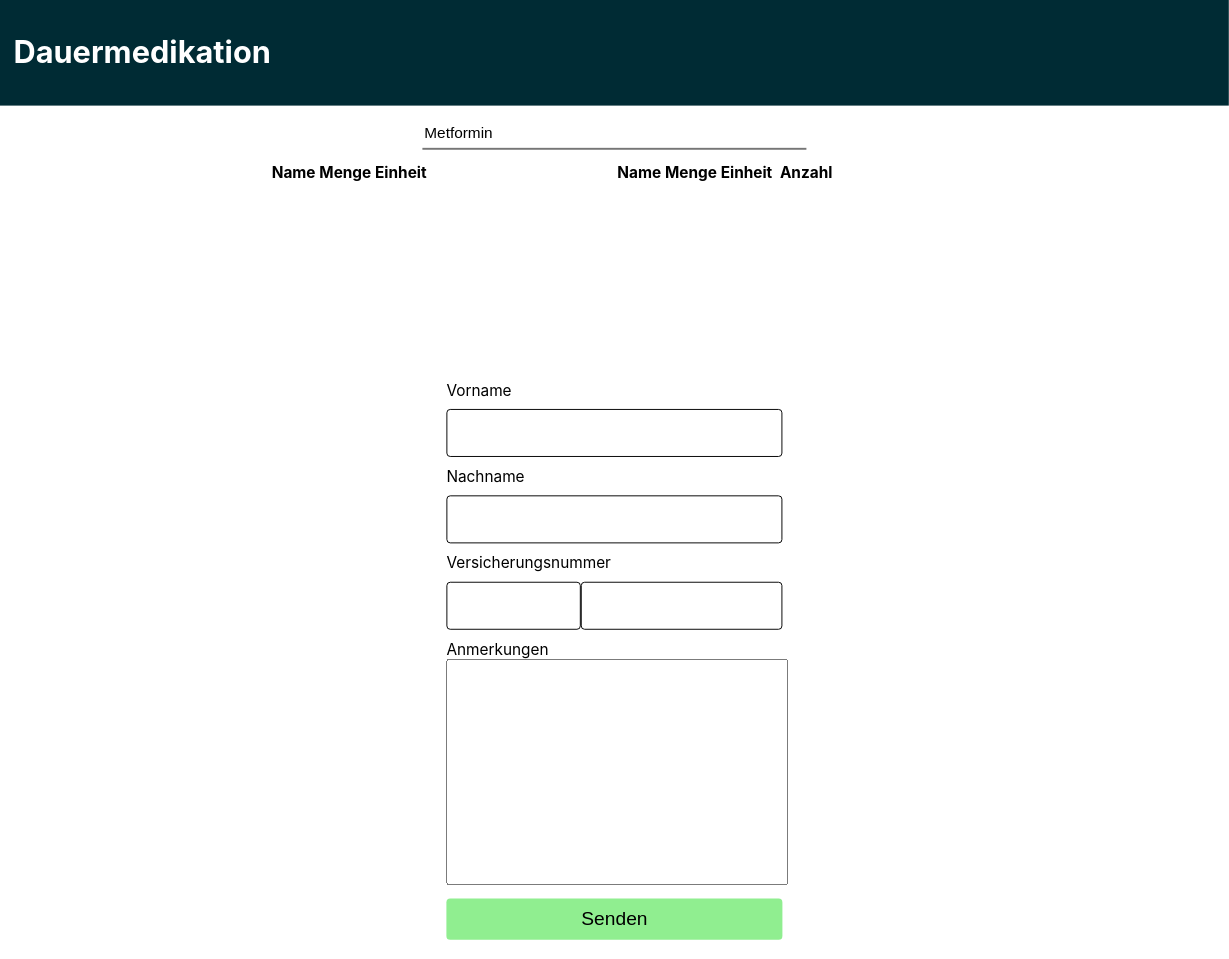
Repository: Esatollah/MedDemo
Page: / (app in client/)
These files come from the project's save history. The page is drawn as it stood at one moment and after the next save; the edit follows.
The browser window is 1280 px wide. The pictures show the whole page, at 96% of full size.
The page's requests for data from a server got no answer. The project was rebuilt for these pictures with package versions that can differ from the ones it lists, and the page was loaded fresh each time. No one was signed in, and anything a server would have sent is missing. Also part of the build but not shown: client/src/Routes/Bestellungen.jsx.

Above is the page before, as saved 2022-06-10 16:45:30.

### client/src/App.js
import SearchBar from './Routes/Search';
import {BrowserRouter, Routes, Route} from 'react-router-dom'
import Bestellungen from './Routes/Bestellungen';
import ReactModal from 'react-modal';

ReactModal.setAppElement('#root')

function App() {
  return (
    <BrowserRouter>
    <Routes>
      <Route path='/' element={<div><SearchBar/></div>}/>
      <Route path='/bestellungen' element={<div><Bestellungen/></div>}/>
    </Routes>
    </BrowserRouter>
  );
}

export default App;

### client/src/Routes/Search.jsx
import React, { useState, useEffect } from 'react'
import DrugAPI from '../api/DrugAPI';
import Form from '../components/Form';
import Navbar from '../components/Navbar';
import { SearchWrap } from '../Styles/SearchStyles';


const Search = () => {

  const [searchinput, setSearchinput] = useState("Metformin");
  const [drugs, setDrugs] = useState([]);
  const [cartitems, setCartitems] = useState([]);

  useEffect(() => {
    const fetchData = async () => {
      try {
        const result = await DrugAPI.get(`/?drugsearch=${searchinput}`)
        setDrugs(result.data.meds)
      } catch (err) {
        console.error(err);
      }
    }

    fetchData();

  }, [searchinput])

  const handleDrugClick = (e, x) => {
    const is_in_cart = cartitems.some(y => {
      if (y.id === x.id) {
        return true;
      }

      return false;
    })

    if (is_in_cart) {
      return
    }
    let temp = { ...x, anzahl: "1" }
    setCartitems([...cartitems, temp]);
  }

  const handleDelete = (e, x, index) => {
    let temp = [...cartitems]

    temp.splice(index, 1);

    setCartitems(temp);
  }

  const handleCountchange = (e, x, index) => {
    let temps = [...cartitems]
    let temp = {
      ...temps[index],
      anzahl: e.target.value
    }
    temps[index] = temp
    setCartitems(temps);

  }


  return (
    <>
      <Navbar />
        <SearchWrap>

          <input type="search" placeholder="Suche" id="search" value={searchinput} onChange={e => setSearchinput(e.target.value)} />
          <div className='search-container'>
            <div className='table-container'>
              <table className='drugtable'>
                <thead>
                  <tr>
                    <th scope='col'>
                      Name
                    </th>
                    <th scope='col'>Menge</th>
                    <th scope='col'>Einheit</th>
                    <th scope='col'></th>
                  </tr>
                </thead>
                <tbody>
                  {drugs && drugs.map((x) => {
                    return (
                      <tr key={x.id} className="drug-row" >
                        <td className={x.name}>{x.name}</td>
                        <td>{x.menge}</td>
                        <td>{x.mengenart}</td>
                        <td><button onClick={(e) => { handleDrugClick(e, x) }}>+</ button></td>
                      </tr>
                    )
                  })}
                </tbody>

              </table>
            </div>

            <div className='cart-container'>
              <table>
                <thead>
                  <tr>
                    <th scope='col'>
                      Name
                    </th>
                    <th scope='col'>Menge</th>
                    <th scope='col'>Einheit</th>
                    <th scope='col'></th>
                    <th scope='col'>Anzahl</th>
                  </tr>
                </thead>
                <tbody>
                  {cartitems && cartitems.map((x, index) => {
                    if (x.abgabezahl) {
                      return (
                        <tr key={index} className="drug-row" >
                          <td>{x.name}</td>
                          <td>{x.menge}</td>
                          <td>{x.mengenart}</td>
                          <td><button onClick={(e) => handleDelete(e, x, index)}>-</button></td>
                          <td><select onChange={(e) => { handleCountchange(e, x, index) }}><option value="1">1</option><option value="2">2</option></select></td>
                        </tr>
                      )
                    }
                    return (
                      <tr key={index} className="drug-row" >
                        <td>{x.name}</td>
                        <td>{x.menge}</td>
                        <td>{x.mengenart}</td>
                        <td><button onClick={(e) => handleDelete(e, x, index)}>-</button></td>
                        <td>1</td>
                      </tr>
                    )
                  })}
                </tbody>
              </ table>
            </div>
          </div>
        </SearchWrap>

      <Form cartitems={cartitems} setCartitems={setCartitems} />
    </>
  )
}

export default Search

### client/src/api/DrugAPI.js
import axios from 'axios'

export default axios.create({
    baseURL: "http://localhost:5000/api"
})

### client/src/components/Form.jsx
import React, {useState}from 'react'
import DrugAPI from '../api/DrugAPI'
import { FormWrap } from '../Styles/FormStyles';
const Form = props => {

    const [fname, setFname] = useState('');
    const [lname, setLname] = useState('');
    const [vpin, setVpin] = useState('');
    const [vbday, setVbday] = useState('');
    const [anmerkungen, setAnmerkungen] = useState('');

    const handleSubmit = (e) => {

        e.preventDefault();
        const formdata = {
            fname,
            lname,
            vpin,
            vbday,
            anmerkungen
        }

        const fetchData = async () =>{
            try {
            await DrugAPI.post("/", {drugs:{...props.cartitems}, ...formdata})
            } catch (error) {
                console.error(error);
            }
    }

    fetchData();

    setFname('');setLname('');setVpin('');setVbday('');setAnmerkungen('');
    props.setCartitems([]);

}


  return (
    <FormWrap>
        <form onSubmit={(e) =>handleSubmit(e)}>
            <label htmlFor="fname">Vorname</label><br />
            <input className="Names"type="text" value={fname} id="fname" name="fname" onChange={(e)=> setFname(e.target.value)}required/><br/>
            <label htmlFor="lname">Nachname</label><br />
            <input className="Names"type="text" id="lname" value={lname} onChange={(e) => setLname(e.target.value)}name="lname" required /><br/>
            <label htmlFor="pin">Versicherungsnummer  </label> <br/>
            <input className="insurance" type="text" id="pin" value={vpin}
            onChange={(e) => setVpin(e.target.value)} name="pin" pattern="[0-9]+" size="4" minLength="4"maxLength="4" required/>
            <input className="insurance" type="text" id="bday" value={vbday}
            onChange={(e) => setVbday(e.target.value)} name="bday" size="6" minLength={6} maxLength={6}
            pattern="[0-9]+" required/> <br/>
            <label htmlFor="anmerkungen" placeholder='Nummer, Anzahl, Magistralrezeptur etc.'>Anmerkungen</label> <br/>
            <textarea id="anmerkungen"value={anmerkungen} onChange={(e) => setAnmerkungen(e.target.value)} name="message" rows="10" cols="30" className='textarea'>
            </textarea> <br/>
            <input type="submit" value="Senden" ></input><br />
        </form>
    </FormWrap>

  )
}

export default Form

### client/src/components/Navbar.jsx
import React from 'react'
import { NavWrap } from '../Styles/NavbarStyles'
const Navbar = () => {
  return (
    <NavWrap>
        <h1>Dauermedikation</h1>
    </NavWrap>
  )
}

export default Navbar

### client/src/Styles/SearchStyles.js
import styled from 'styled-components';

export const SearchWrap = styled.div`

    display: flex;
    flex-direction: column;
    align-items: center;
             margin: auto;

    @media(min-width: 1000px) {
             width: 1000px;

         }

    #search {
    width:50%;
    height: 2rem;
    outline:none;
    border-top: hidden;
    border-right: hidden;
    border-left: hidden;
    font-size: 1rem;@media(min-width: 1000px) {
             width: 40%;
         }
    margin-bottom: 10px;
}

.table-container {
    max-height: 200px;
    max-width: 80%;
    overflow-y: auto;
}


.drug-row:hover {
    background-color: beige;
}

.drugtable tbody tr {
border: 1px;
}

.search-container {
    width: 90%;

    @media(min-width: 1000px) {
        display:flex;
        flex-direction: row;
        justify-content: center;
    }

    .table-container {
        width :100%;
        height: 250px;
        display:flex;
         @media(min-width: 1000px) {
             width: 40%;
             display:flex;
             height: 400px;
         }
    }

    .cart-container {
        width: 100%;
        display:flex;
        @media(min-width: 1000px) {
             width: 40%;
             display:flex;
         }
    }
}

td {
    padding:5px;
}

`;

### client/src/Styles/FormStyles.js
import styled from 'styled-components';

export const FormWrap = styled.div`
    display:flex;
    margin:auto;
    max-width:350px;
    margin-top: 20px;
    padding:10px;

    .Names {
        display:inline-block;
        width: 100%;
        padding: 10px;
        box-sizing: border-box;
        border-radius: 4px;
        border: .5px solid;
        margin: 10px 0;
        font-size: 1.5rem;
    }
    input[type=submit] {
        width: 100%;
        padding: 10px;
        margin:10px 0;
        border-radius: 4px;
        border: none;
        background: lightgreen;
        font-size:20px
    }
    .insurance {
        padding: 10px;
        box-sizing: border-box;
        border-radius: 4px;
        border: .5px solid;
        margin: 10px 0;
        font-size:1.5rem;
    }
    #pin {
        width:40%;
    }
    #bday {
        width:60%;
    }

    textarea {
        width: 100%;
        resize:none;
        font-size: 1.25rem;
        font-family: sans-serif
    }
`;

### client/src/Styles/NavbarStyles.js
import styled from "styled-components"

export const NavWrap = styled.div`
    width:100%;
    padding: 14px 0;
    background-color: #002b34;
    margin-bottom: 14px;
    h1 {
        margin-left: 14px;
        color: #fff
    }
`;

Loaded but not shown: client/public/index.html (common file); client/src/index.js (common file); client/src/index.css (common file)

After the next save:
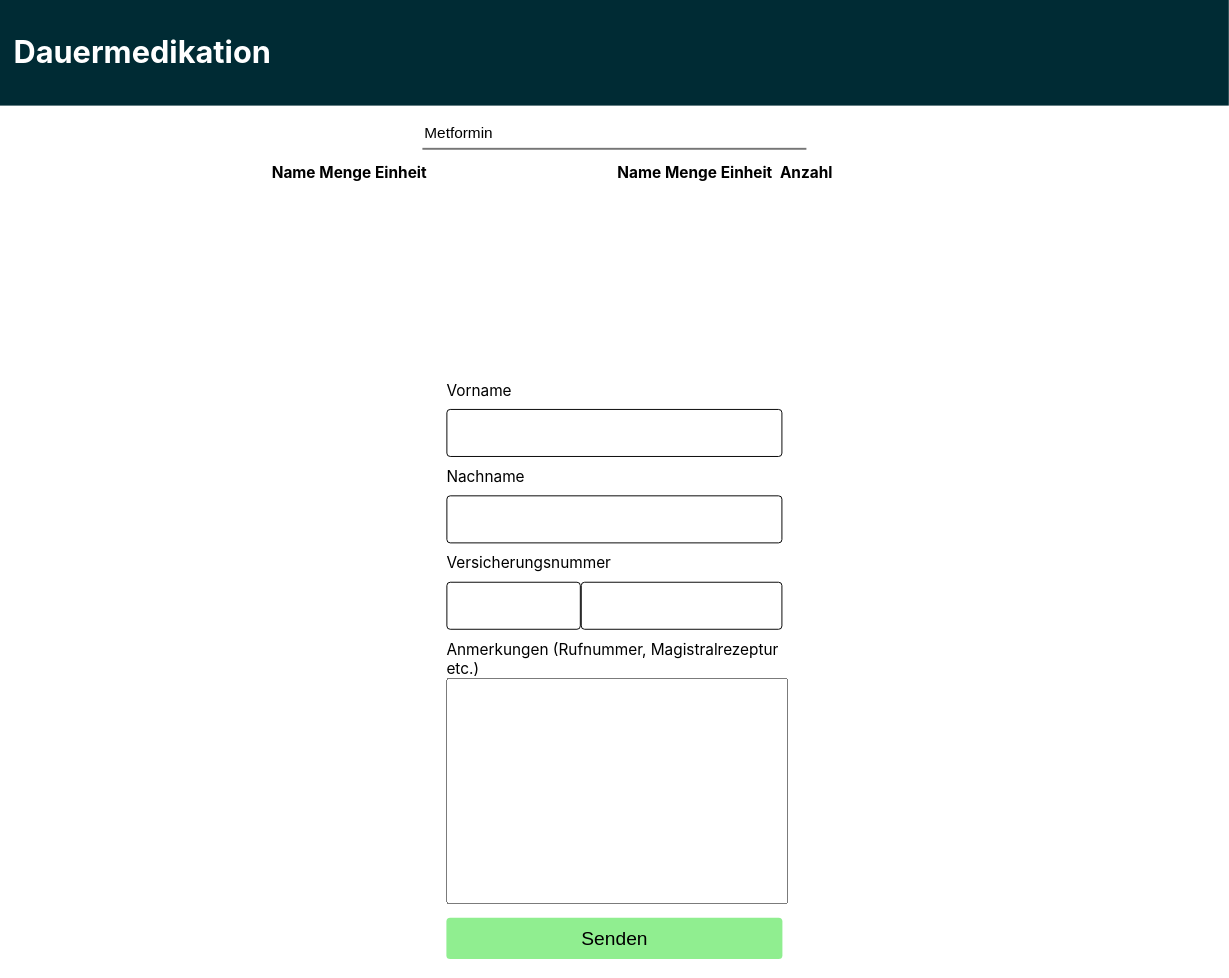
Saved 98 s later.
--- a/client/src/components/Form.jsx
+++ b/client/src/components/Form.jsx
@@ -49,7 +49,7 @@ const Form = props => {
             <input className="insurance" type="text" id="bday" value={vbday}
             onChange={(e) => setVbday(e.target.value)} name="bday" size="6" minLength={6} maxLength={6}
             pattern="[0-9]+" required/> <br/>
-            <label htmlFor="anmerkungen" placeholder='Nummer, Anzahl, Magistralrezeptur etc.'>Anmerkungen</label> <br/>
+            <label htmlFor="anmerkungen" >Anmerkungen (Rufnummer, Magistralrezeptur etc.)</label> <br/>
             <textarea id="anmerkungen"value={anmerkungen} onChange={(e) => setAnmerkungen(e.target.value)} name="message" rows="10" cols="30" className='textarea'>
             </textarea> <br/>
             <input type="submit" value="Senden" ></input><br />
